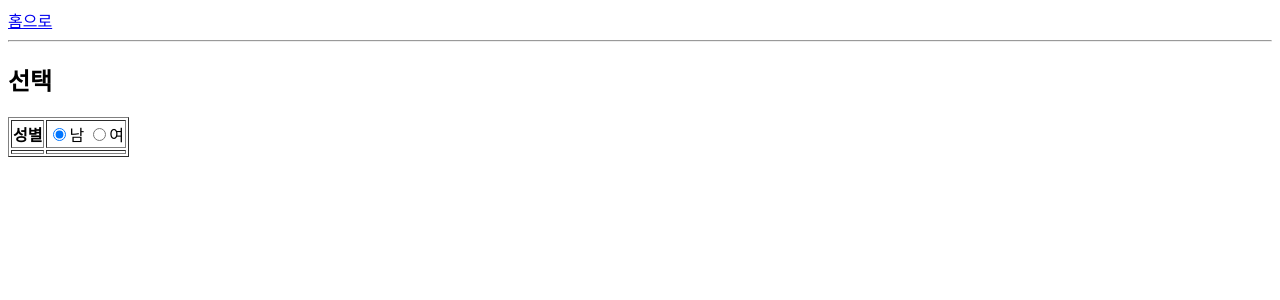
Repository: KimHyeonJun1/Study_Web302
Page: 01.Servlet01/src/main/webapp/choice.html
The author's editor kept a copy of each file at every save. The page is drawn from the files as they stood at one save, then again after the next save.
The browser window is 1280 px wide. The pictures show the whole page.

Above is the page before, as saved 2024-06-20 08:20:35.

### 01.Servlet01/src/main/webapp/choice.html
<!DOCTYPE html>
<html>
<head>
<meta charset="UTF-8">
<title>Insert title here</title>
</head>
<body>
<a href ="index.html">홈으로</a>
<hr>
<h2>선택</h2>
<form method="post" action="choice">
<table border="1">
<tr><th>성별</th>
	<td>
		<input type="radio" name="gender" value="남" checked>남
		<input type="radio" name="gender" value="여">여
	</td>
</tr>
<tr><th></th>
	<td></td>
	</tr>
</table>
</form>
</body>
</html>

After the next save:
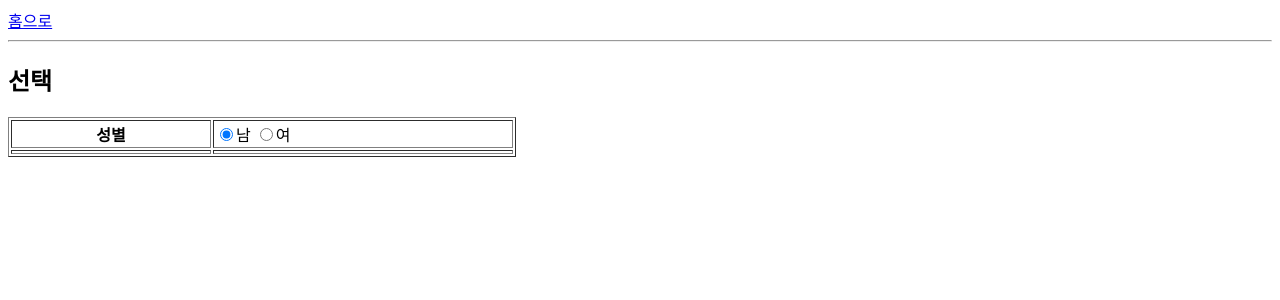
Saved 25 s later.
--- a/01.Servlet01/src/main/webapp/choice.html
+++ b/01.Servlet01/src/main/webapp/choice.html
@@ -10,6 +10,8 @@
 <h2>선택</h2>
 <form method="post" action="choice">
 <table border="1">
+<col width="200px">
+<col width="300px">
 <tr><th>성별</th>
 	<td>
 		<input type="radio" name="gender" value="남" checked>남
